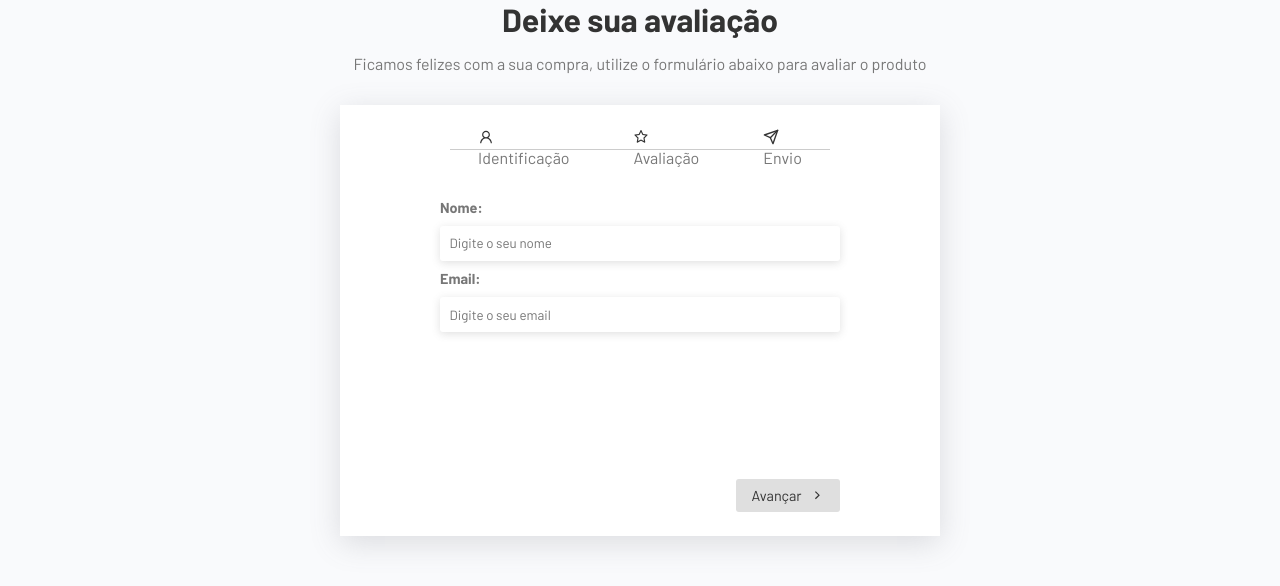
Repository: Bitroia/multistep_form_react
Page: / (app in multistep_form_react/)
The author's editor kept a copy of each file at every save. The page is drawn from the files as they stood at one save, then again after a run of saves.
The browser window is 1280 px wide. The pictures show the whole page.
The project was rebuilt for these pictures with package versions that can differ from the ones it lists, and the page was loaded fresh each time. Also part of the build but not shown: multistep_form_react/vite.config.js, multistep_form_react/src/components/ReviewForm.jsx, multistep_form_react/src/components/Thanks.jsx.

Above is the page before, as saved 2026-06-12 14:30:02.

After the next 2 saves:
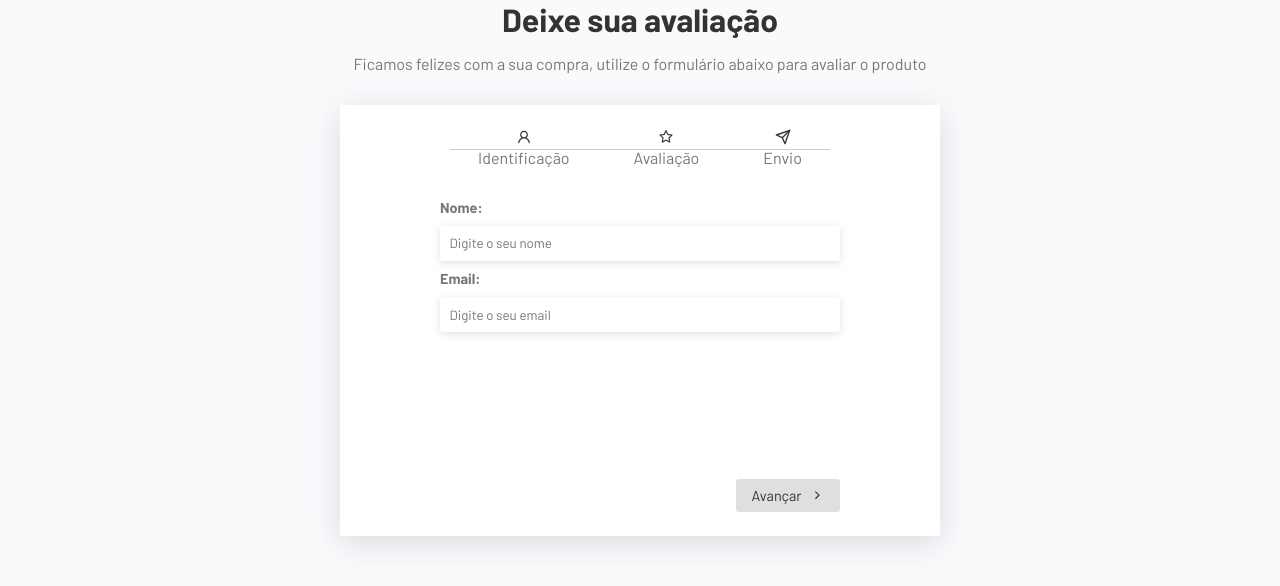
The 2 saves are shown as one change because they came seconds apart.
The last was saved 10 s later.
--- a/multistep_form_react/src/components/Steps.css
+++ b/multistep_form_react/src/components/Steps.css
@@ -17,4 +17,7 @@
     top: 20px;
 }
 
-/
+.step{
+    text-align: center;
+    background: ;
+}
